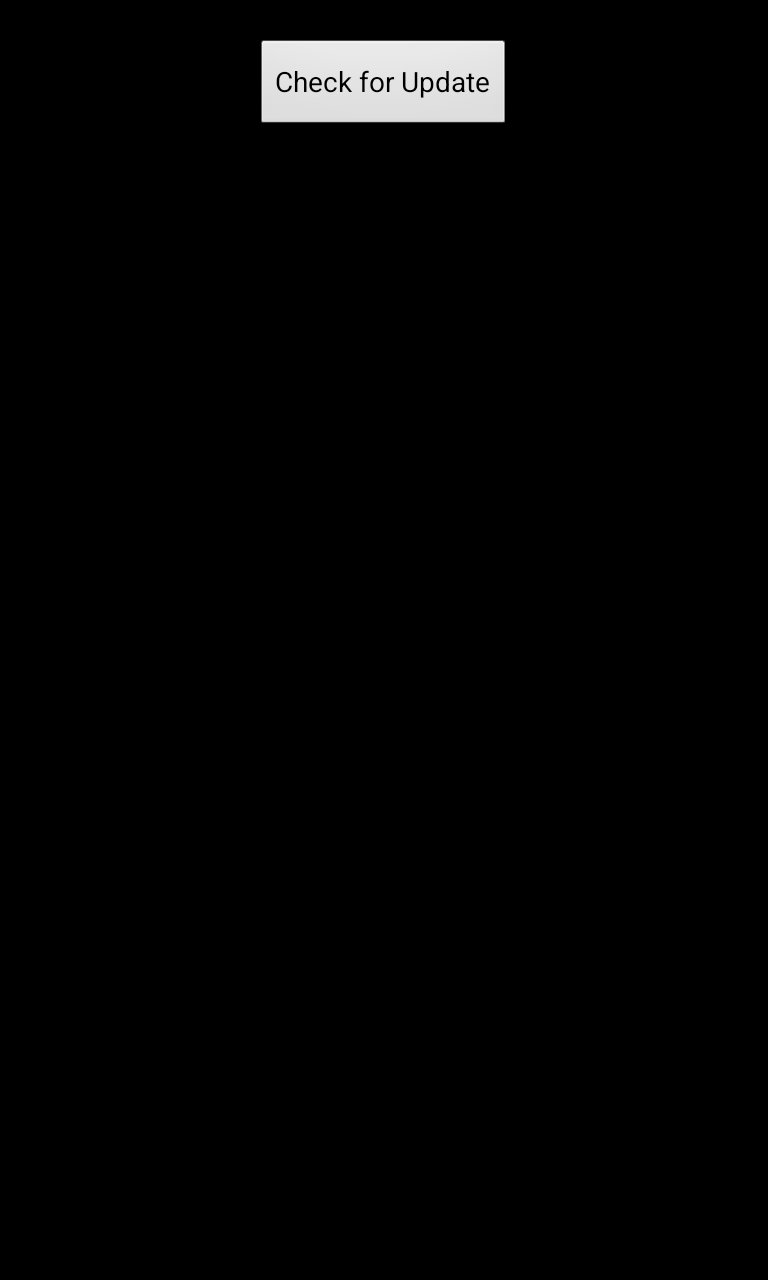
Repository: JerryScript-duplicate/BacksideUpdater
Layout: BacksideUpdater/res/layout/main.xml
These files come from the project's save history. The layout is drawn as it stood at one moment and after the next save; the edit follows.
It is drawn on a 768 x 1280 px phone screen (xhdpi) without system bars, with theme android:Theme; the app's code is not run.

Above is the layout before, as saved 2012-01-18 19:53:56.

After the next save:
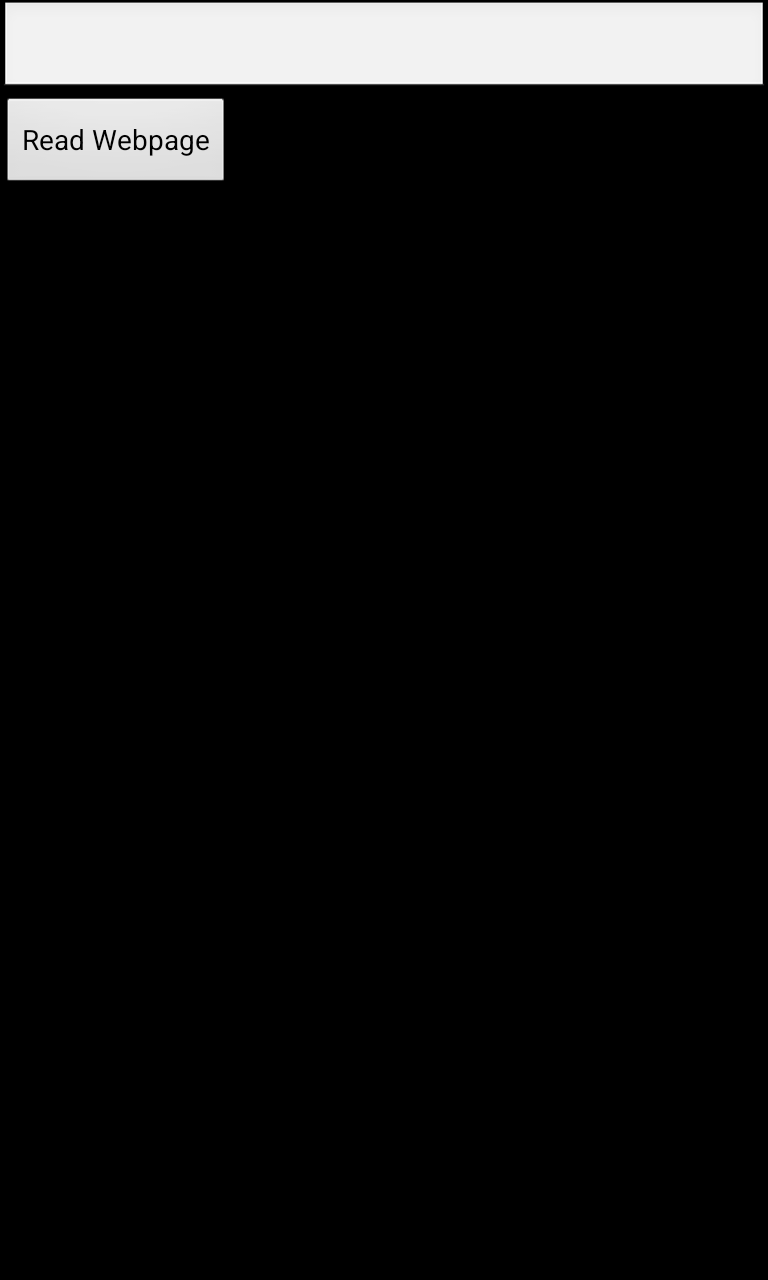
Saved 2 min 16 s later.
--- a/BacksideUpdater/res/layout/main.xml
+++ b/BacksideUpdater/res/layout/main.xml
@@ -10,20 +10,18 @@
         android:layout_height="wrap_content" >
     </LinearLayout>
 
-    <TextView
-        android:id="@+id/bannerTitle"
+    <EditText
+        android:id="@+id/address"
         android:layout_width="fill_parent"
         android:layout_height="wrap_content" >
-    </TextView>
+    </EditText>
 
     <Button
         android:id="@+id/BacksideUpdaterButton"
         android:layout_width="wrap_content"
         android:layout_height="wrap_content"
         android:onClick="myClickHandler"
-        android:gravity="center"
-        android:layout_gravity="center"
-        android:text="@string/check4up_button_text" >
+        android:text="Read Webpage" >
     </Button>
 
     <TextView
